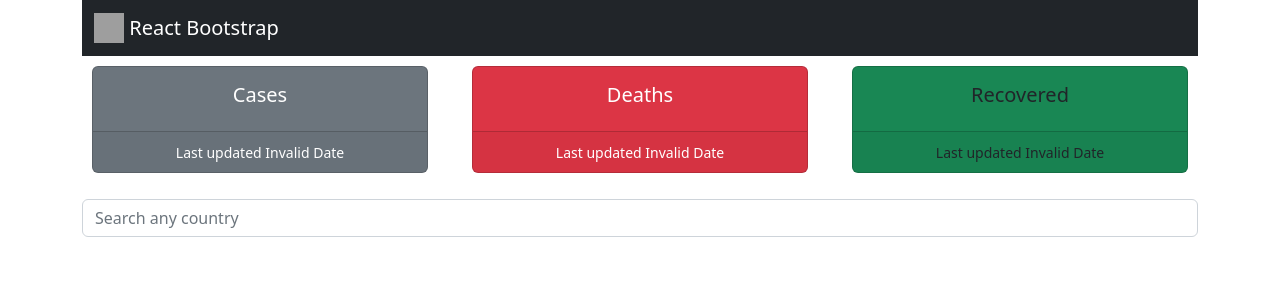
Repository: azizdeghais/CovidTracker
Page: /
These files come from the project's save history. The page is drawn as it stood at one moment and after a run of saves; the edit follows.
The browser window is 1280 px wide. The pictures show the whole page.
Pictures or frames that could not be fetched are drawn as grey boxes. The page's requests for data from a server got no answer. The project was rebuilt for these pictures with package versions that can differ from the ones it lists, and the page was loaded fresh each time. No one was signed in, and anything a server would have sent is missing. Also part of the build but not shown: vite.config.js.

Above is the page before, as saved 2023-03-09 16:39:20.

After the next 2 saves:
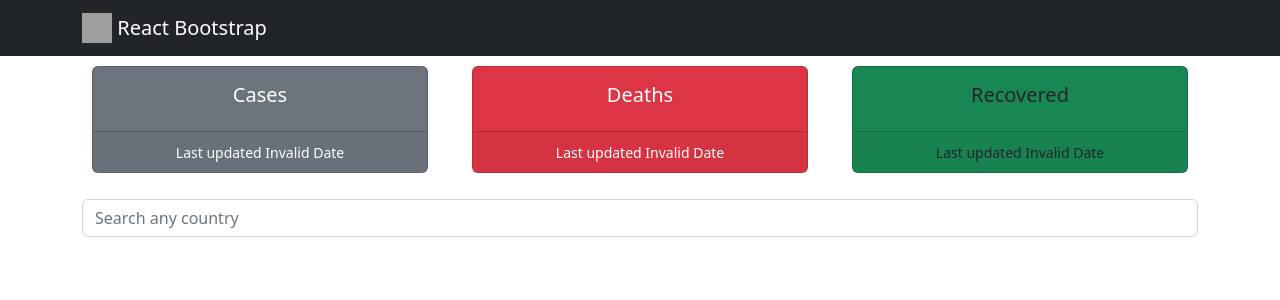
The 2 saves are shown as one change because 1 did not build or start.
The last was saved 25 s later.
--- a/src/App.jsx
+++ b/src/App.jsx
@@ -72,9 +72,10 @@ function App() {
 
 
   return (
+    <>
+    <Nav/>
     <Container>
 
-      <Nav/>
 
       <Row className='mb-3'>
         <Col>
@@ -133,6 +134,7 @@ function App() {
 
 
     </Container>
+    </>
   )
 }
 
